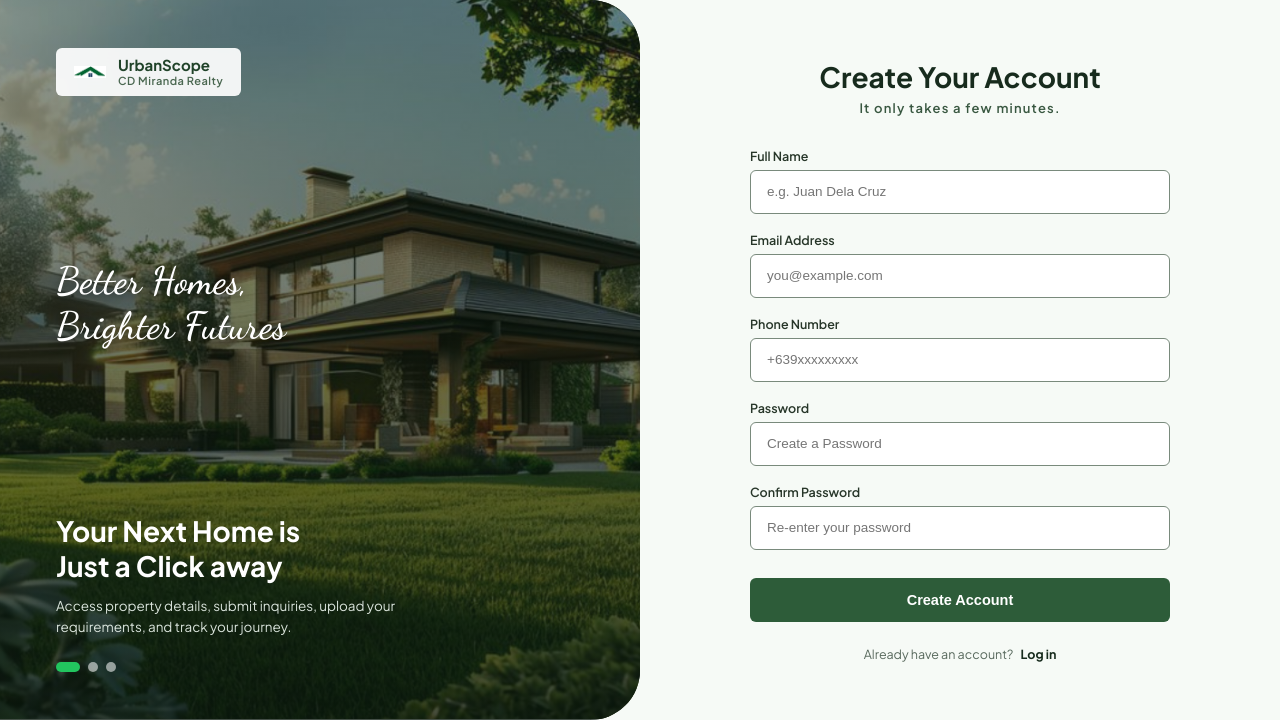
Repository: Gianeuz/CD-Miranda
Page: login/register.html
The author's editor kept a copy of each file at every save. The page is drawn from the files as they stood at one save, then again after a run of saves.
The browser window is 1280 px wide. The pictures show the whole page.

Above is the page before, as saved 2026-09-25 00:37:59.

### login/register.html
<!DOCTYPE html>
<html lang="en">
<head>
    <meta charset="UTF-8">
    <meta name="viewport" content="width=device-width, initial-scale=1.0">
    <link rel="icon" href="favicon.jpg" type="image/x-icon">
    <link rel="stylesheet" href="login.css">
    <title>Create Your Account - UrbanScope</title>
</head>
<body>

    <div class="main-container">

        <!-- LEFT PANEL: Image, Branding & Showcase -->
        <div class="showcase-panel">
            <img src="Urban.jpg" alt="UrbanScope Property" class="showcase-img" id="slideImage">
            <div class="overlay"></div>

            <div class="showcase-header">
                <div class="brand-badge">
                    <img src="logo.png" alt="Logo" class="logo-icon" onerror="this.style.display='none'">
                    <div class="brand-text">
                        <h1>UrbanScope</h1>
                        <h2>CD Miranda Realty</h2>
                    </div>
                </div>
            </div>

            <div class="cursive-tagline">
                Better Homes,<br>Brighter Futures
            </div>

            <div class="showcase-caption">
                <h2 id="slideTitle">Your Next Home is<br>Just a Click away</h2>
                <p id="slideDesc">Access property details, submit inquiries, upload your requirements, and track your journey.</p>

                <div class="dots-container">
                    <button class="dot active" type="button" aria-label="Slide 1"></button>
                    <button class="dot" type="button" aria-label="Slide 2"></button>
                    <button class="dot" type="button" aria-label="Slide 3"></button>
                </div>
            </div>
        </div>

        <!-- RIGHT PANEL: Register Form -->
        <div class="form-panel">
            <div class="form-wrapper">

                <div class="welcome-header">
                    <h1>Create Your Account</h1>
                    <p>It only takes a few minutes.</p>
                </div>

                <form action="register.php" method="POST" class="auth-form">
                    <div class="form-group">
                        <label for="fullname">Full Name</label>
                        <div class="input-box">
                            <input type="text" id="fullname" name="fullname" placeholder="e.g. Juan Dela Cruz" required>
                        </div>
                    </div>

                    <div class="form-group">
                        <label for="email">Email Address</label>
                        <div class="input-box">
                            <input type="email" id="email" name="email" placeholder="you@example.com" required>
                        </div>
                    </div>

                    <div class="form-group">
                        <label for="phone">Phone Number</label>
                        <div class="input-box">
                            <input type="tel" id="phone" name="phone" placeholder="+639xxxxxxxxx" required>
                        </div>
                    </div>

                    <div class="form-group">
                        <label for="password">Password</label>
                        <div class="input-box">
                            <input type="password" id="password" name="password" placeholder="Create a Password" required>
                        </div>
                    </div>

                    <div class="form-group">
                        <label for="confirm_password">Confirm Password</label>
                        <div class="input-box">
                            <input type="password" id="confirm_password" name="confirm_password" placeholder="Re-enter your password" required>
                        </div>
                    </div>

                    <button type="submit" class="btn-submit" style="margin-top: 10px;">Create Account</button>
                </form>

                <div class="register-prompt" style="margin-top: 24px;">
                    <span>Already have an account?</span>
                    <a href="login.html">Log in</a>
                </div>

            </div>
        </div>

    </div>

</body>
</html>

### login/login.css
@import url('https://fonts.googleapis.com/css2?family=Dancing+Script:wght@600&family=Plus+Jakarta+Sans:wght@400;500;600;700&display=swap');

:root {
    --brand-dark-green: #204329;
    --brand-primary-green: #2d5c39;
    --brand-hover-green: #23492d;
    --bg-tint: #f6faf6;
    --border-color: #798a7c;
    --text-primary: #172b1d;
    --text-secondary: #58695d;
    --text-muted: #7d8e81;
}

* {
    margin: 0;
    padding: 0;
    box-sizing: border-box;
}

html, body {
    width: 100%;
    height: 100%;
    overflow-x: hidden;
}

body {
    font-family: 'Plus Jakarta Sans', sans-serif;
    color: var(--text-primary);
    background-color: var(--bg-tint);
}

/* Fullscreen Edge-to-Edge Container */
.main-container {
    display: flex;
    width: 100vw;
    min-height: 100vh;
    border-radius: 0;
    box-shadow: none;
    overflow: hidden;
}

/* Left Showcase Panel - 50% Full Screen */
.showcase-panel {
    position: relative;
    width: 50%;
    min-height: 100vh;
    background-color: #17241a;
    display: flex;
    flex-direction: column;
    justify-content: space-between;
    padding: 48px 56px;
    overflow: hidden;
    border-top-right-radius: 50px;
    border-bottom-right-radius: 50px;
}

.showcase-img {
    position: absolute;
    inset: 0;
    width: 100%;
    height: 100%;
    object-fit: cover;
    z-index: 0;
}

.overlay {
    position: absolute;
    inset: 0;
    background: linear-gradient(180deg, rgba(15, 33, 20, 0.45) 0%, rgba(10, 24, 14, 0.75) 100%);
    z-index: 1;
}

.showcase-header,
.cursive-tagline,
.showcase-caption {
    position: relative;
    z-index: 2;
}

/* Brand badge in upper left */
.brand-badge {
    display: inline-flex;
    align-items: center;
    gap: 12px;
    background: rgba(255, 255, 255, 0.92);
    padding: 8px 18px;
    border-radius: 6px;
    backdrop-filter: blur(6px);
}

.logo-icon {
    width: 32px;
    height: 32px;
    object-fit: contain;
}

.brand-text h1 {
    font-size: 15px;
    font-weight: 700;
    color: var(--brand-dark-green);
    line-height: 1.1;
}

.brand-text h2 {
    font-size: 11px;
    font-weight: 600;
    color: #4a6750;
    letter-spacing: 0.5px;
}

/* Middle Cursive Tagline */
.cursive-tagline {
    font-family: 'Dancing Script', cursive;
    font-size: 38px;
    line-height: 1.2;
    color: #ffffff;
    text-shadow: 0 2px 10px rgba(0, 0, 0, 0.55);
}

/* Showcase Lower Text & Dots */
.showcase-caption h2 {
    color: #ffffff;
    font-size: 28px;
    font-weight: 700;
    line-height: 1.25;
    margin-bottom: 12px;
}

.showcase-caption p {
    color: rgba(240, 248, 242, 0.9);
    font-size: 13.5px;
    line-height: 1.6;
    max-width: 420px;
    margin-bottom: 24px;
}

.dots-container {
    display: flex;
    gap: 8px;
}

.dot {
    width: 10px;
    height: 10px;
    border-radius: 50%;
    border: none;
    background-color: rgba(255, 255, 255, 0.55);
    cursor: pointer;
    transition: all 0.25s ease;
}

.dot.active {
    background-color: #22c55e;
    width: 24px;
    border-radius: 10px;
}

/* Right Form Panel - 50% Full Screen */
.form-panel {
    flex: 1;
    width: 50%;
    min-height: 100vh;
    background-color: var(--bg-tint);
    display: flex;
    align-items: center;
    justify-content: center;
    padding: 48px;
}

.form-wrapper {
    width: 100%;
    max-width: 420px;
}

.welcome-header {
    text-align: center;
    margin-bottom: 32px;
}

.welcome-header h1 {
    font-size: 28px;
    font-weight: 700;
    color: var(--text-primary);
}

.welcome-header p {
    font-size: 13px;
    font-weight: 600;
    letter-spacing: 1.2px;
    color: #385740;
    margin-top: 6px;
}

/* Forms & Inputs */
.auth-form {
    display: flex;
    flex-direction: column;
    gap: 18px;
}

.form-group label {
    display: block;
    font-size: 12.5px;
    font-weight: 600;
    color: #273629;
    margin-bottom: 6px;
}

.input-box input {
    width: 100%;
    height: 44px;
    padding: 0 16px;
    border: 1px solid var(--border-color);
    border-radius: 6px;
    background-color: #ffffff;
    font-size: 13.5px;
    color: var(--text-primary);
    outline: none;
    transition: border-color 0.2s, box-shadow 0.2s;
}

.input-box input:focus {
    border-color: var(--brand-primary-green);
    box-shadow: 0 0 0 3px rgba(45, 92, 57, 0.15);
}

.form-options {
    display: flex;
    justify-content: space-between;
    align-items: center;
    font-size: 12.5px;
}

.remember-label {
    display: flex;
    align-items: center;
    gap: 7px;
    cursor: pointer;
    color: var(--text-secondary);
}

.remember-label input {
    accent-color: var(--brand-primary-green);
}

.forgot-link {
    text-decoration: none;
    color: var(--text-secondary);
    font-size: 12.5px;
}

.forgot-link:hover {
    text-decoration: underline;
}

.btn-submit {
    width: 100%;
    height: 44px;
    background-color: var(--brand-primary-green);
    color: #ffffff;
    border: none;
    border-radius: 6px;
    font-size: 14.5px;
    font-weight: 600;
    cursor: pointer;
    margin-top: 6px;
    transition: background-color 0.2s ease;
}

.btn-submit:hover {
    background-color: var(--brand-hover-green);
}

/* Divider & Social Login */
.divider {
    position: relative;
    text-align: center;
    margin: 22px 0;
}

.divider::before {
    content: '';
    position: absolute;
    left: 0;
    top: 50%;
    width: 100%;
    height: 1px;
    background-color: #c9d8cc;
}

.divider span {
    position: relative;
    background-color: var(--bg-tint);
    padding: 0 14px;
    font-size: 12px;
    color: var(--text-muted);
}

.btn-google {
    width: 100%;
    height: 44px;
    display: flex;
    align-items: center;
    justify-content: center;
    gap: 12px;
    background-color: #ffffff;
    border: 1px solid #7c8e80;
    border-radius: 6px;
    font-size: 13.5px;
    font-weight: 600;
    color: #283a2d;
    cursor: pointer;
    transition: background-color 0.2s ease;
}

.btn-google:hover {
    background-color: #edf4ee;
}

.register-prompt {
    margin-top: 24px;
    text-align: center;
    font-size: 12.5px;
    color: var(--text-secondary);
}

.register-prompt a {
    text-decoration: none;
    color: var(--text-primary);
    font-weight: 700;
    margin-left: 5px;
}

.register-prompt a:hover {
    text-decoration: underline;
}

/* Mobile & Tablet Responsiveness */
@media (max-width: 900px) {
    .main-container {
        flex-direction: column;
        min-height: 100vh;
    }

    .showcase-panel {
        width: 100%;
        min-height: 380px;
        padding: 32px 24px;
    }

    .cursive-tagline {
        font-size: 30px;
        margin: 20px 0;
    }

    .form-panel {
        width: 100%;
        min-height: auto;
        padding: 40px 24px;
    }
}

After the next 2 saves:
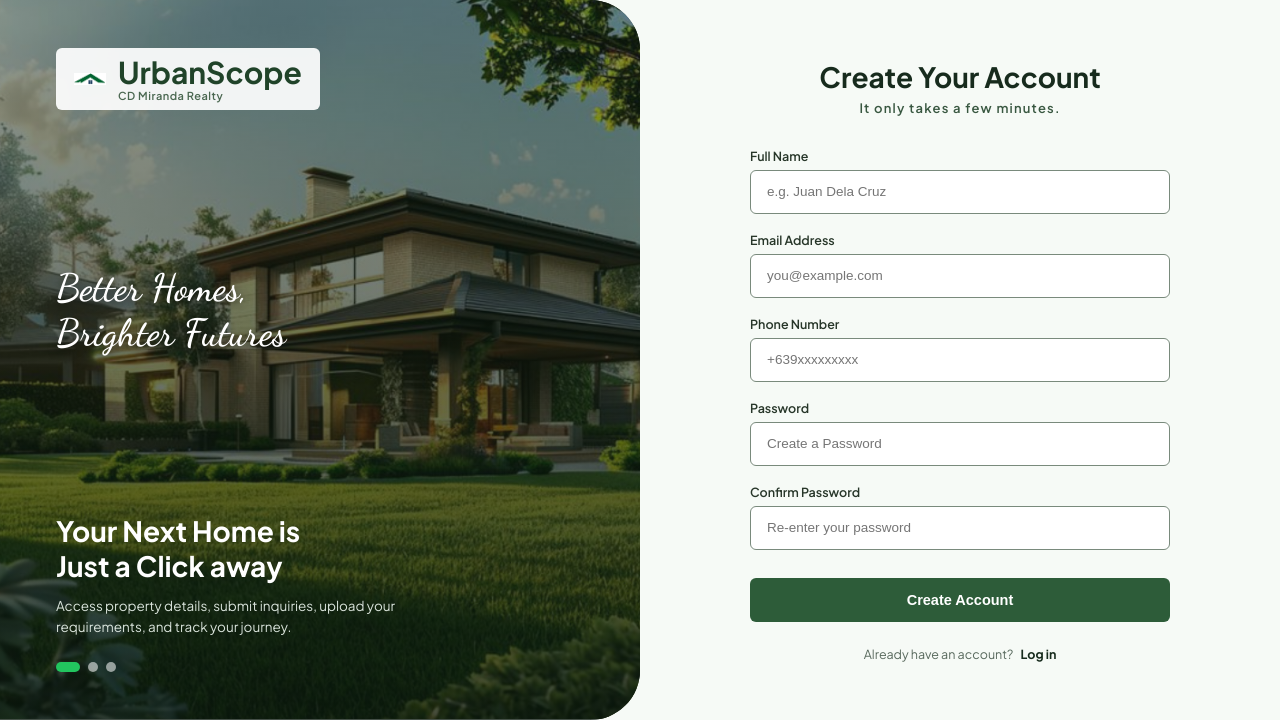
The 2 saves are shown as one change because they came seconds apart.
The last was saved 20 s later.
--- a/login/login.css
+++ b/login/login.css
@@ -95,7 +95,7 @@ body {
 }
 
 .brand-text h1 {
-    font-size: 15px;
+    font-size: 30px;
     font-weight: 700;
     color: var(--brand-dark-green);
     line-height: 1.1;
